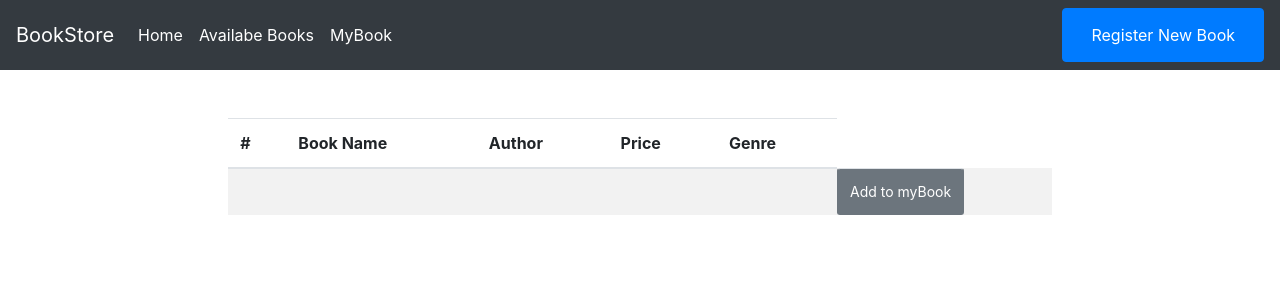
Repository: Sumanta-Sahoo/BookStoreApp
Page: http://localhost/availabeBooks
These files come from the project's save history. The page is drawn as it stood at one moment and after the next save; the edit follows.
The browser window is 1280 px wide. The pictures show the whole page.
The page is this project's Thymeleaf template; nobody is signed in. The template is opened directly, without the code that normally fills it, so the values that code supplies are empty.

Above is the page before, as saved 2024-03-18 23:59:33.

### bookstore/src/main/resources/templates/availabeBooks.html
<!doctype html>
<html lang="en" xmlns:th="https://www.thymeleaf.com">

<head>
	<!-- Required meta tags -->
	<meta charset="utf-8">
	<meta name="viewport" content="width=device-width, initial-scale=1, shrink-to-fit=no">

	<!-- Bootstrap CSS -->
	<link rel="stylesheet" href="https://cdn.jsdelivr.net/npm/bootstrap@4.4.1/dist/css/bootstrap.min.css"
		integrity="sha384-Vkoo8x4CGsO3+Hhxv8T/Q5PaXtkKtu6ug5TOeNV6gBiFeWPGFN9MuhOf23Q9Ifjh" crossorigin="anonymous">

	<title>BookStore</title>
</head>

<body>
	<nav class="navbar navbar-expand-lg navbar-light bg-dark">
		<a class="navbar-brand text-white" href="#">BookStore</a>
		<button class="navbar-toggler" type="button" data-toggle="collapse" data-target="#navbarSupportedContent"
			aria-controls="navbarSupportedContent" aria-expanded="false" aria-label="Toggle navigation">
			<span class="navbar-toggler-icon"></span>
		</button>

		<div class="collapse navbar-collapse" id="navbarSupportedContent">
			<ul class="navbar-nav mr-auto">
				<li class="nav-item active">
					<a class="nav-link text-white" href="#">Home<span class="sr-only">(current)</span></a>
				</li>
				<li class="nav-item">
					<a class="nav-link text-white" href="availabe_books">Availabe Books</a>
				</li>
				<li class="nav-item">
					<a class="nav-link text-white" href="my_books">MyBook</a>
				</li>
			</ul>
			<div>
				<button type="button" class="btn btn-primary"><a class="nav-link text-white"
						href="bookRegister">Register New Book</a></button>
			</div>

		</div>
	</nav>


	<div class="container my-5 col-md-8">
		<table class="table  table-striped table-hover">
			<thead>
				<tr>
					<th scope="col">#</th>
					<th scope="col">Book Name</th>
					<th scope="col">Author</th>
					<th scope="col">Price</th>
					<th scope="col">Genre</th>
				</tr>
			</thead>
			<tbody>
				<tr th:each:"b :${book}">
					<td th : text="${b.bookId}"></td>
					<td th : text="${b.bookName}"></td>
					<td th : text="${b.bookAuthor}"></td>
					<td th : text="${b.bookPrice}"></td>
					<td th : text="${b.bookGenre}"></td>
					<td class="btn btn-secondary btn-sm">Add to myBook</td>
				</tr>
			</tbody>
		</table>
	</div>

	<!-- Optional JavaScript -->
	<!-- jQuery first, then Popper.js, then Bootstrap JS -->
	<script src="https://code.jquery.com/jquery-3.4.1.slim.min.js"
		integrity="sha384-J6qa4849blE2+poT4WnyKhv5vZF5SrPo0iEjwBvKU7imGFAV0wwj1yYfoRSJoZ+n"
		crossorigin="anonymous"></script>
	<script src="https://cdn.jsdelivr.net/npm/popper.js@1.16.0/dist/umd/popper.min.js"
		integrity="sha384-Q6E9RHvbIyZFJoft+2mJbHaEWldlvI9IOYy5n3zV9zzTtmI3UksdQRVvoxMfooAo"
		crossorigin="anonymous"></script>
	<script src="https://cdn.jsdelivr.net/npm/bootstrap@4.4.1/dist/js/bootstrap.min.js"
		integrity="sha384-wfSDF2E50Y2D1uUdj0O3uMBJnjuUD4Ih7YwaYd1iqfktj0Uod8GCExl3Og8ifwB6"
		crossorigin="anonymous"></script>
</body>

</html>

After the next save:
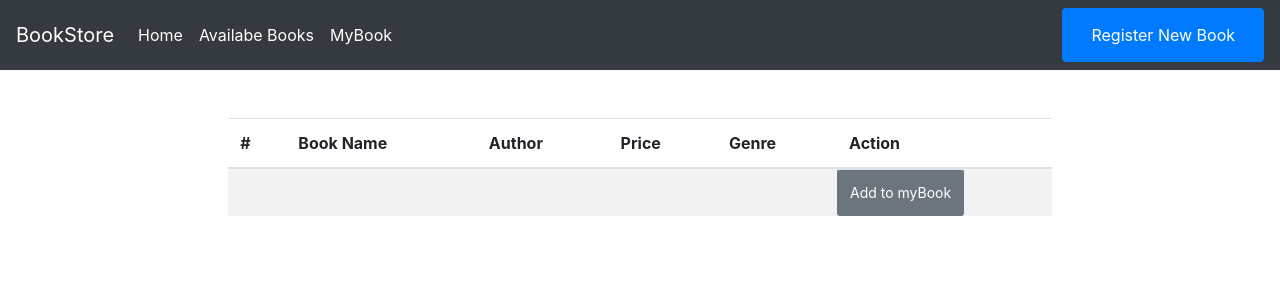
Saved 23 s later.
--- a/bookstore/src/main/resources/templates/availabeBooks.html
+++ b/bookstore/src/main/resources/templates/availabeBooks.html
@@ -51,6 +51,7 @@
 					<th scope="col">Author</th>
 					<th scope="col">Price</th>
 					<th scope="col">Genre</th>
+					<th scope="col">Action</th>
 				</tr>
 			</thead>
 			<tbody>
